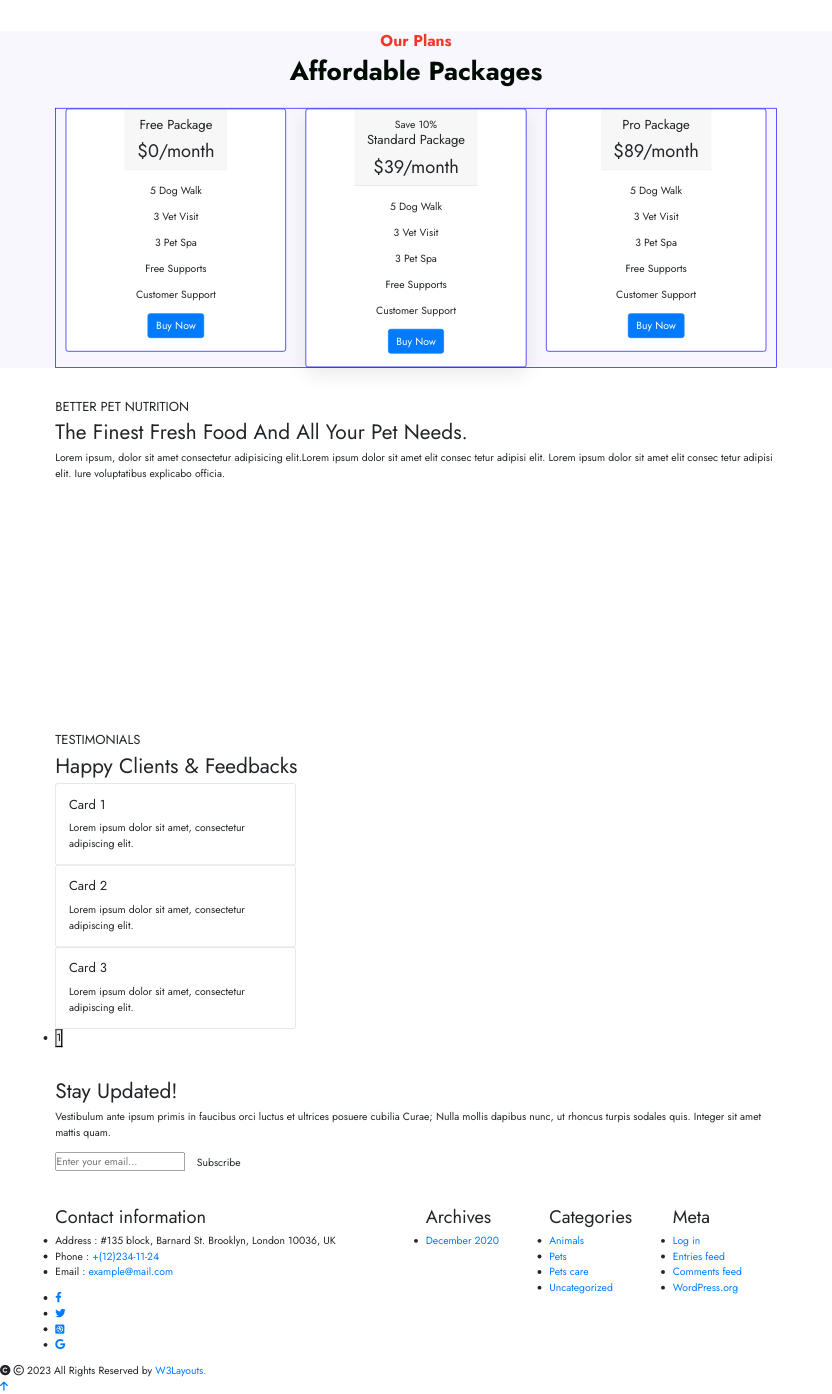
Repository: thanhfrankie/poochcare
Page: index.html
An editor plug-in stored every save of this project. The page is shown before and after a run of saves, followed by the edit.
The browser window is 1280 px wide. The pictures show the whole page, at 65% of full size.
Pictures or frames that could not be fetched are drawn as grey boxes.

Above is the page before, as saved 2023-12-20 21:39:20.

### index.html
<!DOCTYPE html>
<html lang="en">
  <head>
    <title>Pooch Care</title>
    <!-- Required meta tags -->
    <meta charset="utf-8" />
    <meta
      name="viewport"
      content="width=device-width, initial-scale=1, shrink-to-fit=no"
    />
    <!-- FONT AWESOME -->
    <link
      rel="stylesheet"
      href="https://cdnjs.cloudflare.com/ajax/libs/font-awesome/6.4.2/css/all.min.css"
      integrity="sha512-z3gLpd7yknf1YoNbCzqRKc4qyor8gaKU1qmn+CShxbuBusANI9QpRohGBreCFkKxLhei6S9CQXFEbbKuqLg0DA=="
      crossorigin="anonymous"
      referrerpolicy="no-referrer"
    />
    <!-- Bootstrap CSS -->
    <link
      rel="stylesheet"
      href="https://stackpath.bootstrapcdn.com/bootstrap/4.3.1/css/bootstrap.min.css"
      integrity="sha384-ggOyR0iXCbMQv3Xipma34MD+dH/1fQ784/j6cY/iJTQUOhcWr7x9JvoRxT2MZw1T"
      crossorigin="anonymous"
    />
    <!-- Font Jost -->
    <link rel="preconnect" href="https://fonts.googleapis.com" />
    <link rel="preconnect" href="https://fonts.gstatic.com" crossorigin />
    <link
      href="https://fonts.googleapis.com/css2?family=Jost:wght@300;400;700&display=swap"
      rel="stylesheet"
    />
    <!-- Pricing CSS -->
    <link rel="stylesheet" href="./css/pricing.css" />
    <!-- pet food CSS (em đặt tên nutrition hay pet-nutrition hay pet__nutrition nó không cho đặt vậy ạ) -->
    <link rel="stylesheet" href="./css/petfood.css" />
    <!-- Testimonials CSS -->
    <link rel="stylesheet" href="./css/testimonials.css" />
    <!-- Subscribe CSS -->
    <link rel="stylesheet" href="./css/subscribe.css" />
    <!-- footer CSS -->
    <link rel="stylesheet" href="./css/footer.css" />
    <!-- Main CSS -->
    <link rel="stylesheet" href="./css/style.css" />
  </head>
  <body>
    <!-- Pricing -->
    <section class="pricing" id="pricing">
      <div class="container mt-5">
        <div class="title">
          <h4>Our Plans</h4>
          <h2>Affordable Packages</h2>
        </div>
        <div class="row">
          <!-- Pricing Card 1 -->
          <div class="col-lg-4">
            <div class="card">
              <div class="card-header">
                <h5 class="card-title">Free Package</h5>
                <h3 class="card-text">$0/month</h3>
              </div>
              <div class="card-body">
                <p class="card-text">5 Dog Walk</p>
                <p class="card-text">3 Vet Visit</p>
                <p class="card-text">3 Pet Spa</p>
                <p class="card-text">Free Supports</p>
                <p class="card-text">Customer Support</p>
                <a href="#" class="btn btn-primary btn-buy">Buy Now</a>
              </div>
            </div>
          </div>

          <!-- Pricing Card 2 -->
          <div class="col-lg-4">
            <div class="card card2">
              <div class="card-header">
                <div class="card-save">Save 10%</div>
                <h5 class="card-title">Standard Package</h5>
                <h3 class="card-text">$39/month</h3>
              </div>
              <div class="card-body">
                <p class="card-text">5 Dog Walk</p>
                <p class="card-text">3 Vet Visit</p>
                <p class="card-text">3 Pet Spa</p>
                <p class="card-text">Free Supports</p>
                <p class="card-text">Customer Support</p>
                <a href="#" class="btn btn-primary btn-buy">Buy Now</a>
              </div>
            </div>
          </div>

          <!-- Pricing Card 3 -->
          <div class="col-lg-4">
            <div class="card">
              <div class="card-header">
                <h5 class="card-title">Pro Package</h5>
                <h3 class="card-text">$89/month</h3>
              </div>
              <div class="card-body">
                <p class="card-text">5 Dog Walk</p>
                <p class="card-text">3 Vet Visit</p>
                <p class="card-text">3 Pet Spa</p>
                <p class="card-text">Free Supports</p>
                <p class="card-text">Customer Support</p>
                <a href="#" class="btn btn-primary btn-buy">Buy Now</a>
              </div>
            </div>
          </div>
        </div>
      </div>
    </section>
    <!-- PET NUTRITION -->
    <section class="nutrition">
      <div class="container mt-5">
        <h5>BETTER PET NUTRITION</h5>
        <h2>The Finest Fresh Food And All Your Pet Needs.</h2>
        <p>
          Lorem ipsum, dolor sit amet consectetur adipisicing elit.Lorem ipsum
          dolor sit amet elit consec tetur adipisi elit. Lorem ipsum dolor sit
          amet elit consec tetur adipisi elit. Iure voluptatibus explicabo
          officia.
        </p>
        <iframe
          width="560"
          height="315"
          src="https://www.youtube.com/embed/JXUTJNv4j6A?si=1nzgvqwKbkVzJ4BS"
          title="YouTube video player"
          frameborder="0"
          allow="accelerometer; autoplay; clipboard-write; encrypted-media; gyroscope; picture-in-picture; web-share"
          allowfullscreen
        ></iframe>
      </div>
    </section>
    <!-- TESTIMONIALS -->
    <section class="testimonial">
      <div class="container mt-5">
        <h5>TESTIMONIALS</h5>
        <h2>Happy Clients & Feedbacks</h2>
        <div class="slick-carousel">
          <!-- Slick Carousel Item 1 -->
          <div class="card">
            <div class="card-body">
              <h5 class="card-title">Card 1</h5>
              <p class="card-text">
                Lorem ipsum dolor sit amet, consectetur adipiscing elit.
              </p>
            </div>
          </div>

          <!-- Slick Carousel Item 2 -->
          <div class="card">
            <div class="card-body">
              <h5 class="card-title">Card 2</h5>
              <p class="card-text">
                Lorem ipsum dolor sit amet, consectetur adipiscing elit.
              </p>
            </div>
          </div>

          <!-- Slick Carousel Item 3 -->
          <div class="card">
            <div class="card-body">
              <h5 class="card-title">Card 3</h5>
              <p class="card-text">
                Lorem ipsum dolor sit amet, consectetur adipiscing elit.
              </p>
            </div>
          </div>
        </div>
      </div>
    </section>
    <!-- Subscribe -->
    <section class="subscribe">
      <div class="container mt-5">
        <h2>Stay Updated!</h2>
        <p>
          Vestibulum ante ipsum primis in faucibus orci luctus et ultrices
          posuere cubilia Curae; Nulla mollis dapibus nunc, ut rhoncus turpis
          sodales quis. Integer sit amet mattis quam.
        </p>
        <input
          type="email"
          name=""
          id="subscribe"
          placeholder="Enter your email..."
        />
        <button class="btn">Subscribe</button>
      </div>
    </section>
    <footer>
      <div class="container mt-5">
        <div class="row">
          <div class="col-lg-6">
            <h3>Contact information</h3>
            <ul class="footer__contact">
              <li>
                Address : #135 block, Barnard St. Brooklyn, London 10036, UK
              </li>
              <li>
                Phone :
                <span>
                  <a href="#">+(12)234-11-24</a>
                </span>
              </li>
              <li>
                Email :
                <span>
                  <a href="#">example@mail.com</a>
                </span>
              </li>
            </ul>
            <ul class="footer__social">
              <li>
                <a href="https://www.facebook.com/w3layouts/">
                  <i class="fa-brands fa-facebook-f"></i
                ></a>
              </li>
              <li>
                <a href="https://twitter.com/W3layouts"
                  ><i class="fa-brands fa-twitter"></i
                ></a>
              </li>
              <li>
                <a href="https://dribbble.com/w3layouts"
                  ><i class="fa-brands fa-square-dribbble"></i
                ></a>
              </li>
              <li>
                <a href="https://myaccount.google.com/intro/profile"
                  ><i class="fa-brands fa-google"></i
                ></a>
              </li>
            </ul>
          </div>
          <div class="col-lg-6">
            <div class="row">
              <div class="col-sm-4">
                <h3>Archives</h3>
                <ul>
                  <li>
                    <a href="#"> December 2020 </a>
                  </li>
                </ul>
              </div>
              <div class="col-sm-4">
                <h3>Categories</h3>
                <ul>
                  <li>
                    <a href="#"> Animals </a>
                  </li>
                  <li>
                    <a href="#"> Pets </a>
                  </li>
                  <li>
                    <a href="#"> Pets care </a>
                  </li>
                  <li>
                    <a href="#"> Uncategorized </a>
                  </li>
                </ul>
              </div>
              <div class="col-sm-4">
                <h3>Meta</h3>
                <ul>
                  <li>
                    <a href="#"> Log in </a>
                  </li>
                  <li>
                    <a href="#"> Entries feed </a>
                  </li>
                  <li>
                    <a href="#"> Comments feed </a>
                  </li>
                  <li>
                    <a href="#"> WordPress.org </a>
                  </li>
                </ul>
              </div>
            </div>
          </div>
        </div>
      </div>
      <div class="copyright">
        <i class="fa fa-copyright" aria-hidden="true"></i>
        <i class="fa-regular fa-copyright"></i>
        <span
          >2023 All Rights Reserved by
          <a href="https://w3layouts.com/">W3Layouts.</a></span
        >
      </div>
    </footer>
    <a href="#" class="backToTop cd-top text-replace js-cd-top">
      <i class="fa fa-arrow-up"></i>
    </a>
    <!-- Optional JavaScript -->
    <!-- jQuery first, then Popper.js, then Bootstrap JS -->
    <script
      src="https://code.jquery.com/jquery-3.3.1.slim.min.js"
      integrity="sha384-q8i/X+965DzO0rT7abK41JStQIAqVgRVzpbzo5smXKp4YfRvH+8abtTE1Pi6jizo"
      crossorigin="anonymous"
    ></script>
    <script
      src="https://cdnjs.cloudflare.com/ajax/libs/popper.js/1.14.7/umd/popper.min.js"
      integrity="sha384-UO2eT0CpHqdSJQ6hJty5KVphtPhzWj9WO1clHTMGa3JDZwrnQq4sF86dIHNDz0W1"
      crossorigin="anonymous"
    ></script>
    <script
      src="https://stackpath.bootstrapcdn.com/bootstrap/4.3.1/js/bootstrap.min.js"
      integrity="sha384-JjSmVgyd0p3pXB1rRibZUAYoIIy6OrQ6VrjIEaFf/nJGzIxFDsf4x0xIM+B07jRM"
      crossorigin="anonymous"
    ></script>
    <!-- slick carousel  -->
    <script
      src="https://cdnjs.cloudflare.com/ajax/libs/slick-carousel/1.8.1/slick.min.js"
      integrity="sha512-XtmMtDEcNz2j7ekrtHvOVR4iwwaD6o/FUJe6+Zq+HgcCsk3kj4uSQQR8weQ2QVj1o0Pk6PwYLohm206ZzNfubg=="
      crossorigin="anonymous"
      referrerpolicy="no-referrer"
    ></script>
    <script>
      // Initialize Slick Carousel
      $(".slick-carousel").slick({
        slidesToShow: 3,
        slidesToScroll: 1,
        dots: true,
        prevArrow: '<button type="button" class="slick-prev">&#9665;</button>',
        nextArrow: '<button type="button" class="slick-next">&#9655;</button>',
        responsive: [
          {
            breakpoint: 768,
            settings: {
              slidesToShow: 2,
            },
          },
          {
            breakpoint: 576,
            settings: {
              slidesToShow: 1,
            },
          },
        ],
      });
    </script>
  </body>
</html>

### css/pricing.css
.pricing {
    background-color: #F9F7FE;
}
.pricing .container {
    width: 100%;
}
.pricing .container .title {
    display: flex;
    justify-content: center;
    align-items: center;
    flex-direction: column;
    padding-bottom: 25px;
}
.pricing .container .title h4 {
    color: #F53626;
    font-weight: 550;

}
.pricing .title h2{
    font-size: 40px;
    font-weight: 600;
    line-height: 48px;
    text-transform: capitalize;
    color:#000C04;
 }
 .pricing .container .row {
    margin: 0;
    border: 1px solid blue;

 }
 .pricing .container .row .card {
    display: flex;
    justify-content: center;
    align-items: center;
    flex-direction: column;
    text-align: center;
    border: 1px solid blue;
    background-color: #FFFFFF;

 }
 .pricing .container .row .card2 {
    box-shadow: 0 10px 30px 0 rgba(17, 17, 17, 0.09);
    padding: 0 30px;
    z-index: 1;
 }

### css/testimonials.css
TESTIMONIALS

### css/style.css
/* Global */
* {
  padding: 0;
  margin: 0;
  box-sizing: border-box;
}
html,
body {
  font-family: "Jost", sans-serif;
}

Loaded but not shown: css/footer.css (no copy from this time; the picture is the same without it); css/petfood.css (no copy from this time; the picture is the same without it); css/subscribe.css (no copy from this time; the picture is the same without it)

After the next 2 saves:
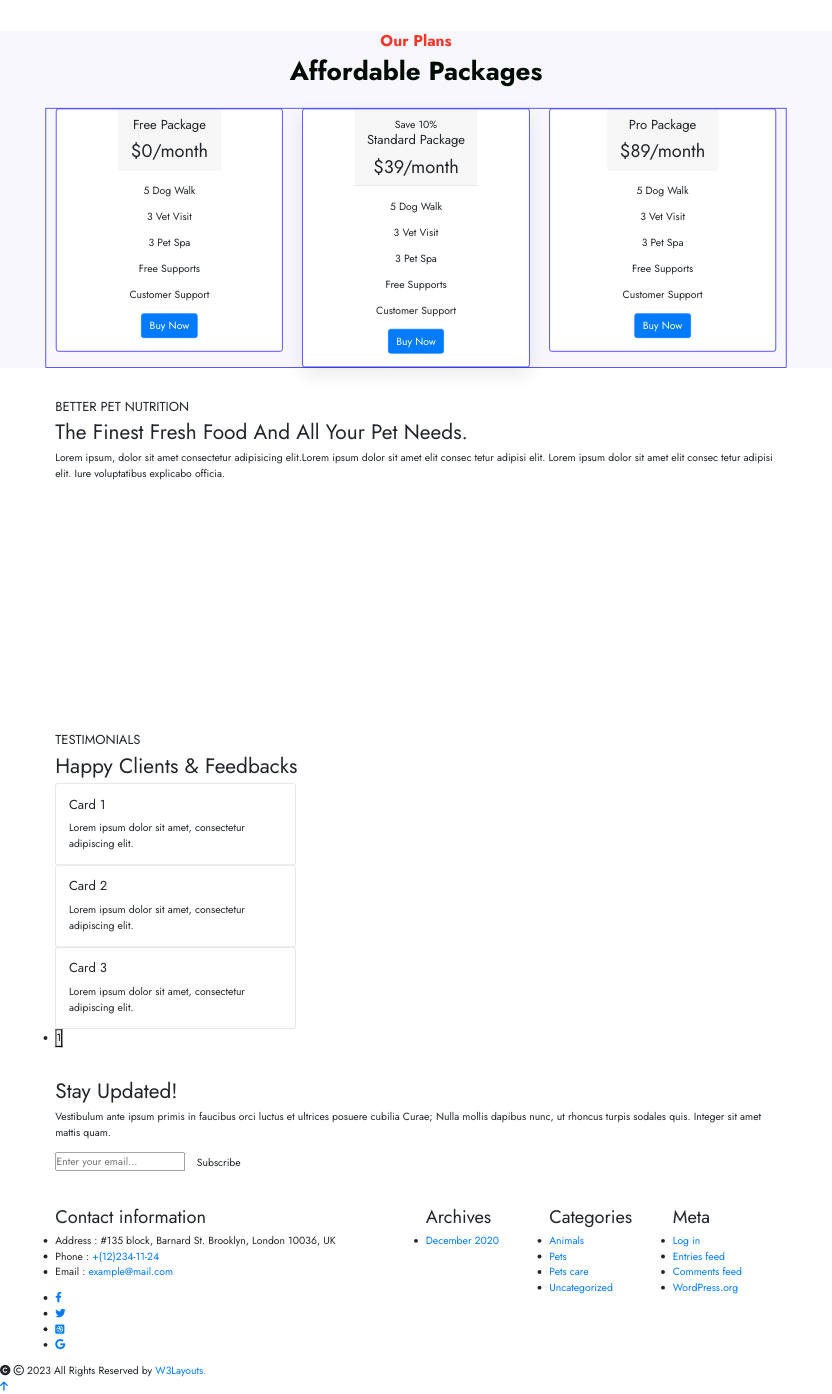
The 2 saves are shown as one change because they came seconds apart.
The last was saved 10 s later.
--- a/css/pricing.css
+++ b/css/pricing.css
@@ -24,7 +24,7 @@
     color:#000C04;
  }
  .pricing .container .row {
-    margin: 0;
+    padding: 0;
     border: 1px solid blue;
 
  }
